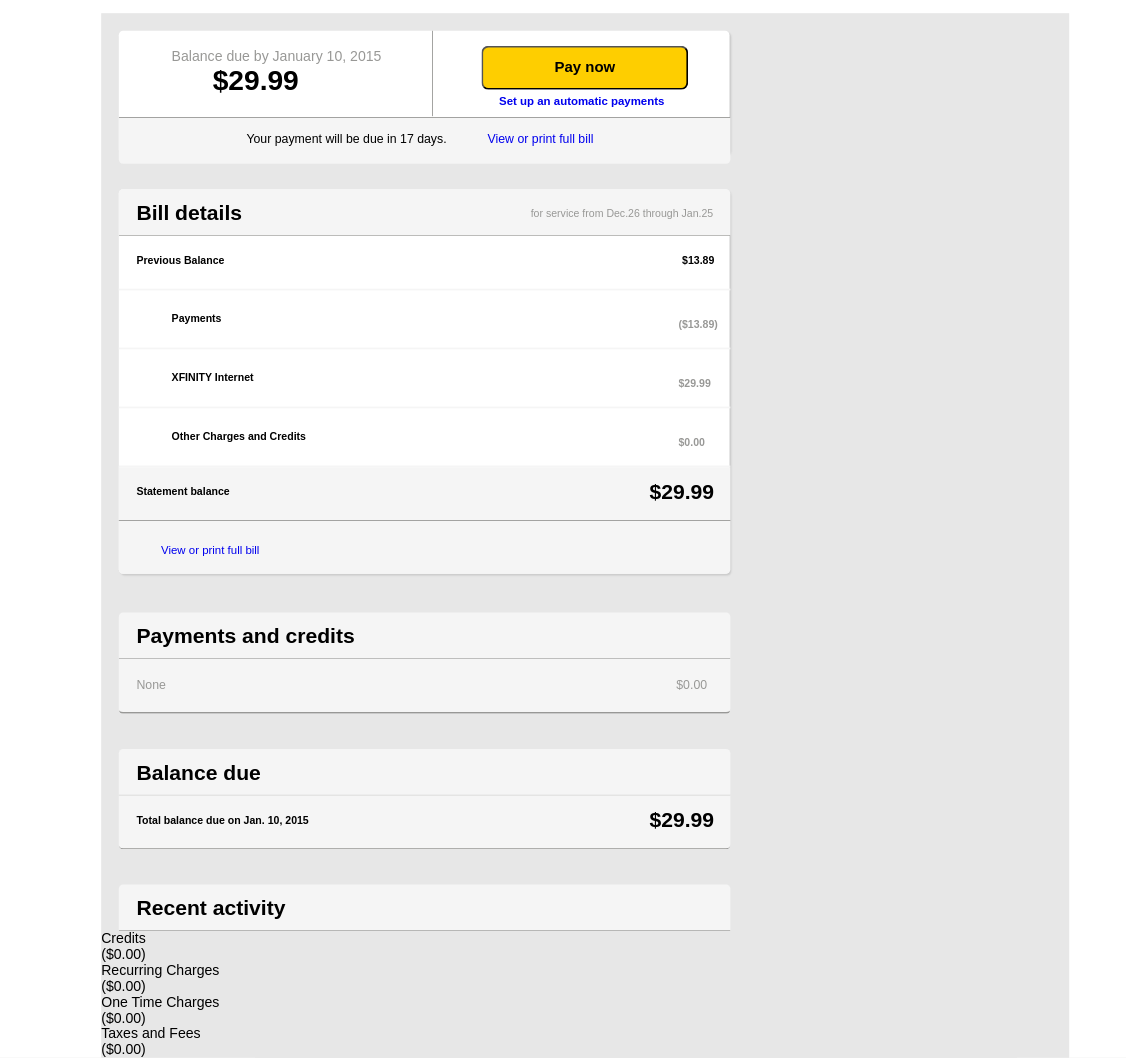
Repository: Sakivaday/UI-TSQ
Page: Aptana Studio 3 Workspace/tsq/assignment3/comcast2.html
These files come from the project's save history. The page is drawn as it stood at one moment and after the next save; the edit follows.
The browser window is 1280 px wide. The pictures show the whole page, at 88% of full size.
Pictures or frames that could not be fetched are drawn as grey boxes.

Above is the page before, as saved 2015-01-22 00:42:13.

After the next save:
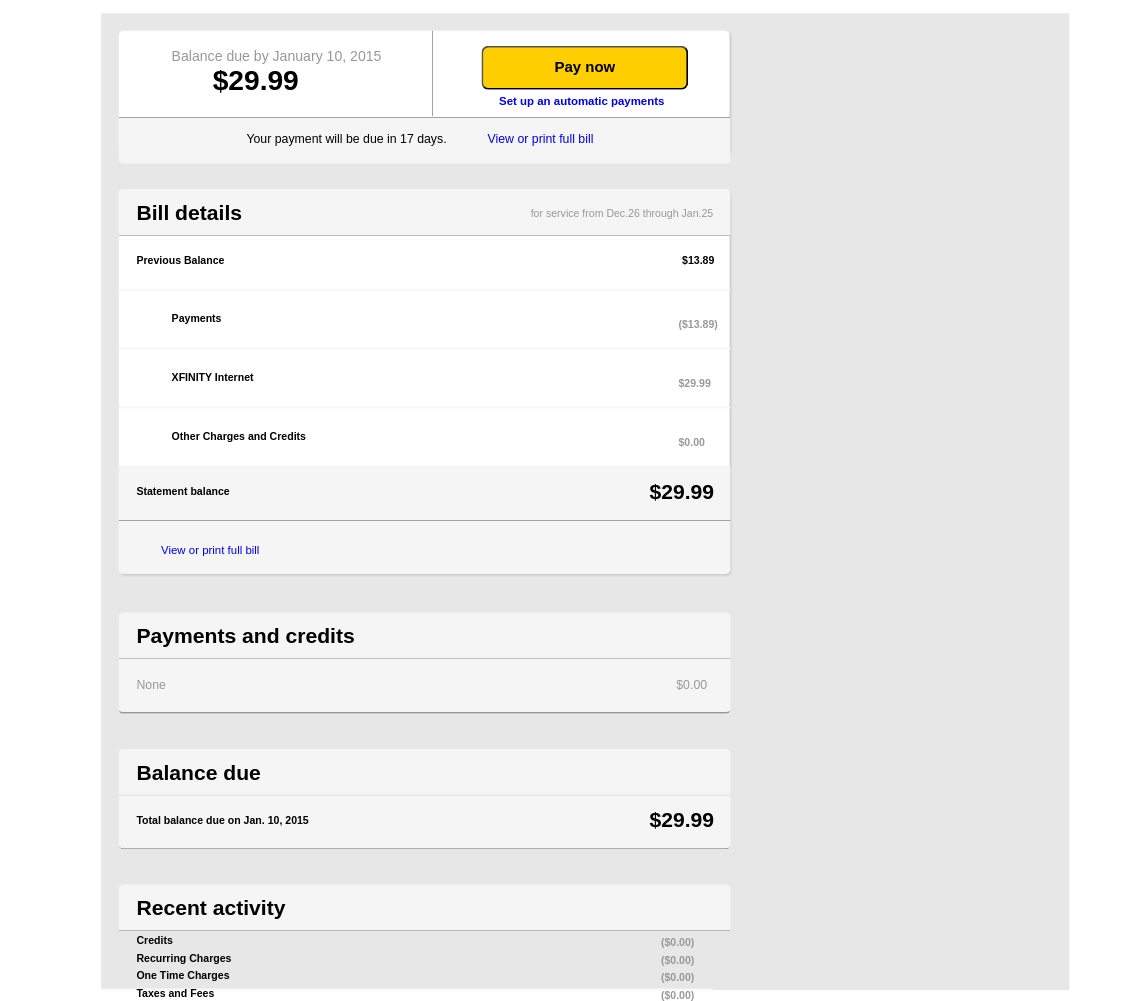
Saved 2 min 43 s later.
--- a/Aptana Studio 3 Workspace/tsq/assignment3/comcst2.css
+++ b/Aptana Studio 3 Workspace/tsq/assignment3/comcst2.css
@@ -294,3 +294,25 @@ button{
 	margin-left: 20px;
 	float: left;
 }
+.rectbox2{
+	border-bottom: 2px solid #F5F5F5;
+	height: 65px;
+	width: 695px;
+}
+.lft1{
+	float: left;
+	margin-top: 4px;
+	margin-left: 40px;
+	font-weight:600;
+	font-size: 12px;
+	width: 160px;
+}
+.bills{
+	float: left;
+	margin-top: -12px;
+	margin-left: 636px;
+	font-weight:600;
+	font-size: 12px;
+	color: #989896;
+	display:inline-block;
+}
